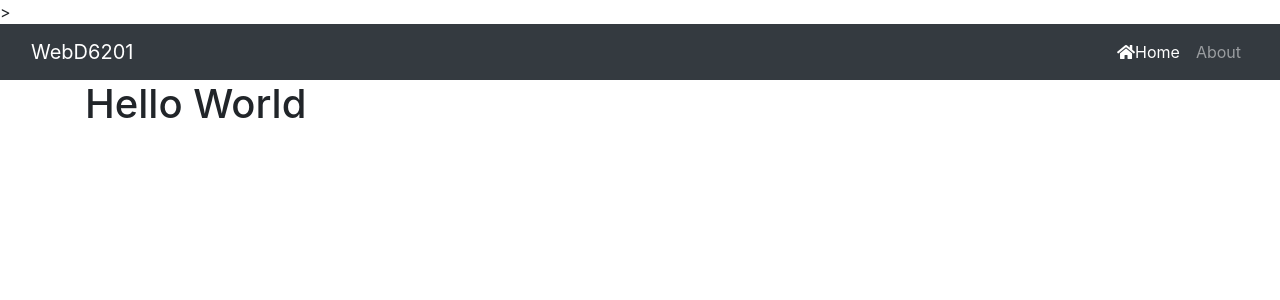
Repository: CKM206/WEBD6201-W2021-Week1
Page: index.html
The author's editor kept a copy of each file at every save. The page is drawn from the files as they stood at one save, then again after the next save.
The browser window is 1280 px wide. The pictures show the whole page.

Above is the page before, as saved 2021-01-14 09:23:35.

### index.html
<!doctype html>
<html lang="en">
    <head>
        <meta charset="UTF-8">
        <meta name="viewport" content="width=device-width, initial-scale=1.0">
        <title>Hello World!</title>>
        <!-- CSS Section -->
        <!-- Inject Bootstrap first, always-->
        <link rel="stylesheet"
             href="./node_modules/bootstrap/dist/css/bootstrap.min.css">
        <!-- Now inject Icon Fonts using Font Awesome-->
        <link rel="stylesheet"
             href="./node_modules/@fortawesome/fontawesome-free/css/all.min.css">
        <!-- Now inject our custom css-->
        <link rel="stylesheet" href="./Content/app.css">
    </head>
    <body>
        <!-- Nav Bar Section -->
        <nav class="navbar navbar-expand-lg navbar-dark bg-dark">
            <div class="container-fluid">
              <a class="navbar-brand" href="#">WebD6201</a>
              <button class="navbar-toggler" type="button" data-bs-toggle="collapse" data-bs-target="#navbarSupportedContent" aria-controls="navbarSupportedContent" aria-expanded="false" aria-label="Toggle navigation">
                <span class="navbar-toggler-icon"></span>
              </button>
              <div class="collapse navbar-collapse" id="navbarSupportedContent">
                <ul class="navbar-nav ml-auto mb-2 mb-lg-0">
                  <li class="nav-item">
                    <a class="nav-link active" aria-current="page" href="#"><i class="fas fa-home fa-large"></i>Home</a>
                  </li>

                  <li class="nav-item">
                    <a class="nav-link" aria-current="page" href="#">About</a>
                  </li>

              </div>
            </div>
          </nav>


        <div class="container">
            <h1>Hello World</h1>
        </div>


        <!-- JavaScript Section-->
        <script src="./node_modules/jquery/dist/jquery.min.js"></script>
        <script src="./node_modules/bootstrap/dist/js/bootstrap.bundle.min.js"></script>
        <script src="./Scripts/app.js"></script>
    </body>
</html>

### Content/app.css
/* Custom Css Goes Here */

### Scripts/app.js
/* Custom Scripts Go Here */

// IIFE - Immediatley Invoked Function Expression
//AKA: Anonymous Self-Executing Function
(function()
{
    function Start()
    {
        console.log("App Started...");

        for (let index = 0; index < 5; index++) {
            console.log(index);

        }

    }

    window.addEventListener("load", Start);

    /*
    window.addEventListener("load", ())
        console.log("App Started...");
    */

})();

Loaded but not shown: node_modules/bootstrap/dist/css/bootstrap.min.css (library); node_modules/@fortawesome/fontawesome-free/css/all.min.css (library); node_modules/jquery/dist/jquery.min.js (library); node_modules/bootstrap/dist/js/bootstrap.bundle.min.js (library)

After the next save:
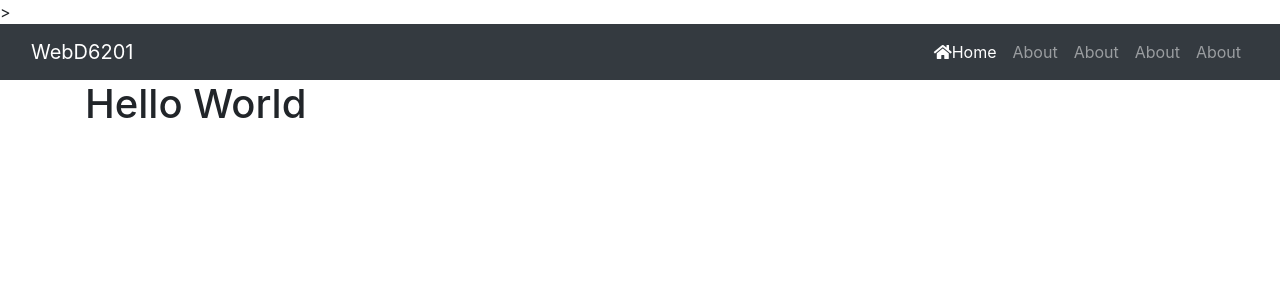
Saved 9 s later.
--- a/index.html
+++ b/index.html
@@ -32,6 +32,18 @@
                     <a class="nav-link" aria-current="page" href="#">About</a>
                   </li>
 
+                  <li class="nav-item">
+                    <a class="nav-link" aria-current="page" href="#">About</a>
+                  </li>
+
+                  <li class="nav-item">
+                    <a class="nav-link" aria-current="page" href="#">About</a>
+                  </li>
+
+                  <li class="nav-item">
+                    <a class="nav-link" aria-current="page" href="#">About</a>
+                  </li>
+
               </div>
             </div>
           </nav>
